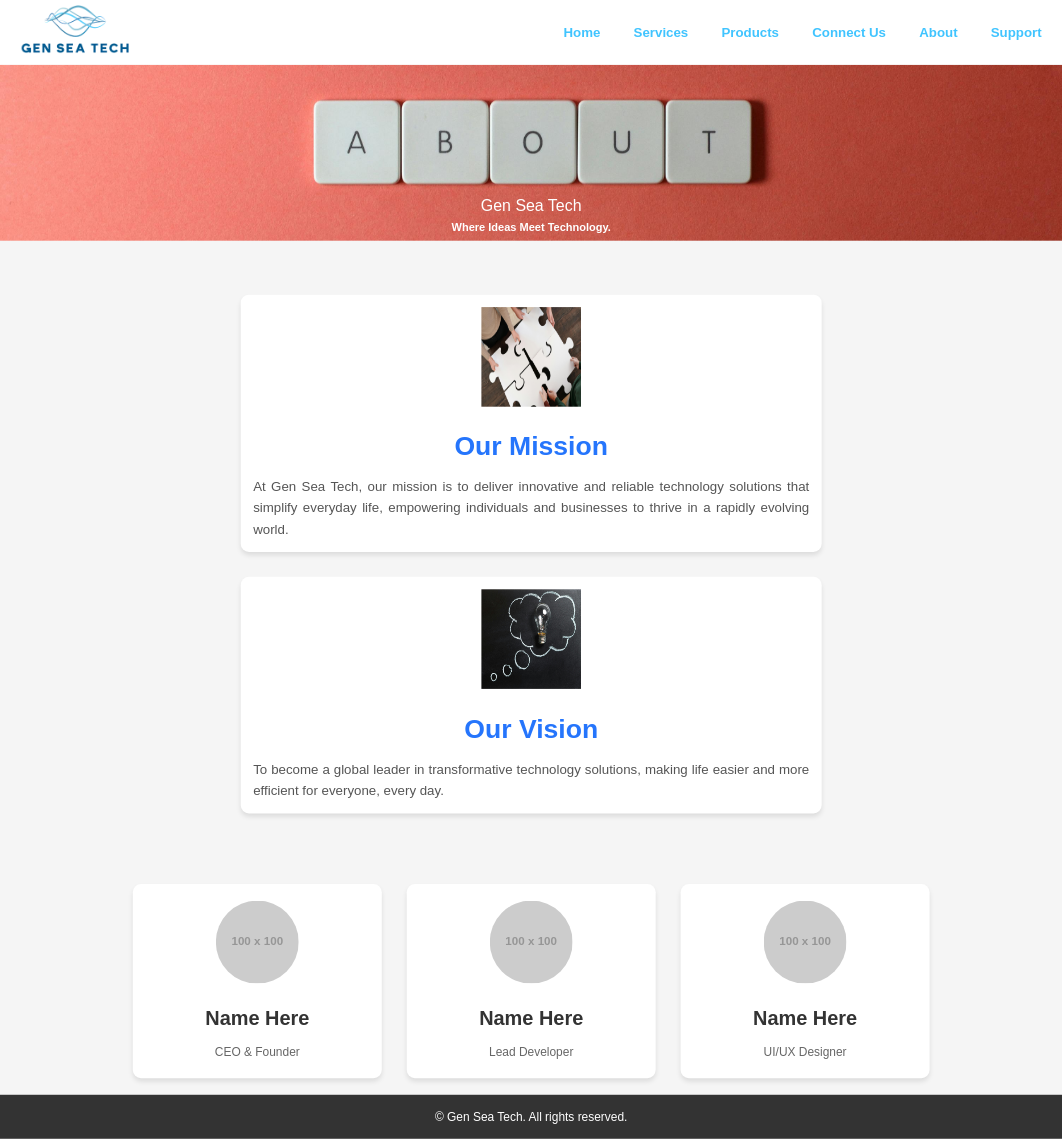
Repository: aniketkhatawkar/Gen_Sea_Tech
Page: http://localhost/GenSeaTech/about.jsp
The author's editor kept a copy of each file at every save. The page is drawn from the files as they stood at one save, then again after the next save.
The browser window is 1280 px wide. The pictures show the whole page, at 83% of full size.
The page is served by Tomcat 10.

Above is the page before, as saved 2024-12-14 12:27:47.

After the next save:
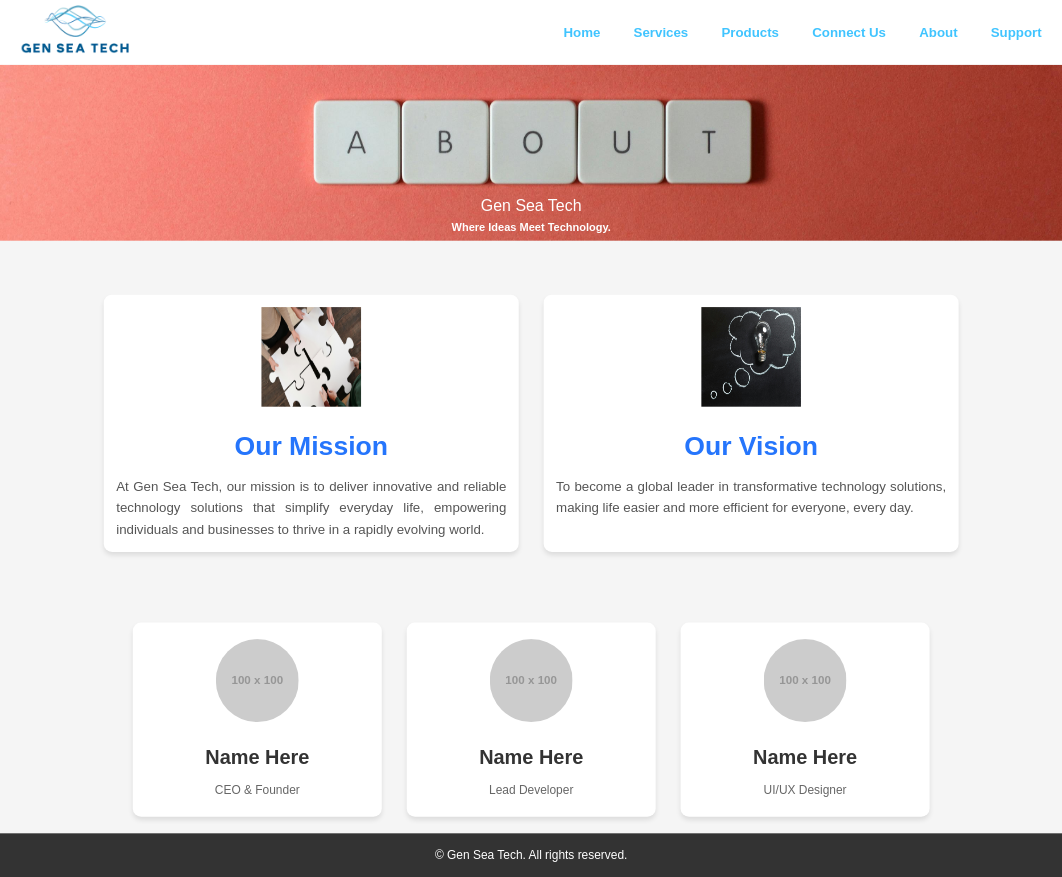
Saved 11 s later.
--- a/GenSeaTech/src/main/webapp/about.jsp
+++ b/GenSeaTech/src/main/webapp/about.jsp
@@ -53,7 +53,7 @@
         box-shadow: 0 4px 6px rgba(0, 0, 0, 0.1);
         padding: 15px;
         text-align: center;
-        width: 700px;
+        width: 500px;
         transition: transform 0.3s ease, box-shadow 0.3s ease;
     }
 
